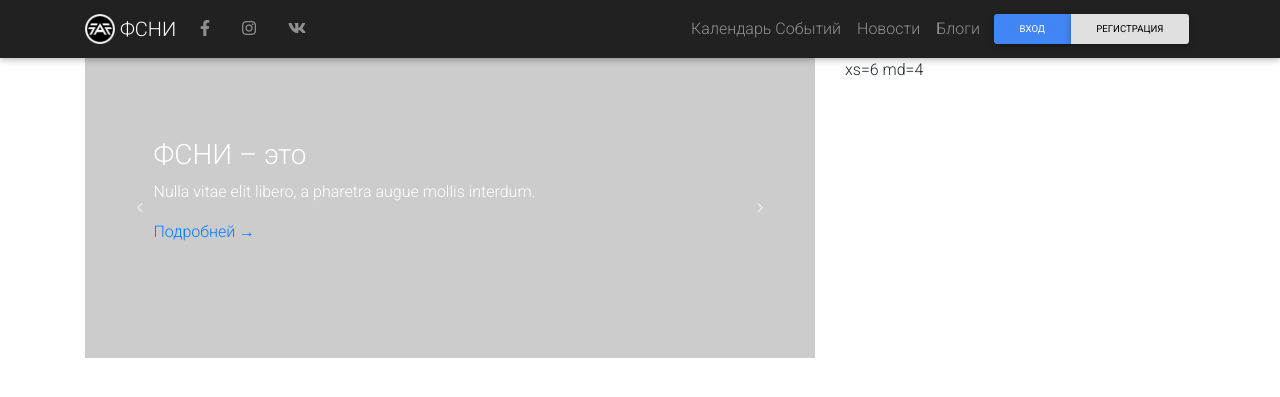
Repository: alexey1986/fsni_test
Page: /
The author's editor kept a copy of each file at every save. The page is drawn from the files as they stood at one save, then again after the next save.
The browser window is 1280 px wide. The pictures show the whole page.
The project was rebuilt for these pictures with package versions that can differ from the ones it lists, and the page was loaded fresh each time. Also part of the build but not shown: src/pages/calendar.jsx, src/pages/news.jsx, src/pages/blogs.jsx.

Above is the page before, as saved 2020-08-29 09:53:37.

### src/index.js
import React from 'react';
import ReactDOM from 'react-dom';
import 'bootstrap/dist/css/bootstrap.min.css';
import '@fortawesome/fontawesome-free/css/all.min.css';
//import 'bootstrap-css-only/css/bootstrap.min.css';
import 'mdbreact/dist/css/mdb.css';


import App from './App';
import * as serviceWorker from './serviceWorker';

ReactDOM.render(
  <React.StrictMode>
    <App />
  </React.StrictMode>,
  document.getElementById('root')
);

// If you want your app to work offline and load faster, you can change
// unregister() to register() below. Note this comes with some pitfalls.
// Learn more about service workers: https://bit.ly/CRA-PWA
serviceWorker.unregister();

### src/App.js
import React from 'react';
import { BrowserRouter as Router, Route } from "react-router-dom";
import NavBarComponent from './components/nav/NavBar';
import Home from './pages/home';
import Calendar from './pages/calendar';
import News from './pages/news';
import Blogs from './pages/blogs';

const App = () => {
  return (
    <Router>
      <NavBarComponent></NavBarComponent>
      <Route path="/" exact component={Home} />
      <Route path="/calendar" exact component={Calendar} />
      <Route path="/news" exact component={News} />
      <Route path="/blogs" exact component={Blogs} />
    </Router>
  )
}


export default App;

### src/components/nav/NavBar.jsx
import React from 'react';
import { Link, NavLink } from "react-router-dom";
import { Container, Navbar, Nav, ButtonGroup, Button } from 'react-bootstrap';
import SocialButtons from './SocialButtons';
import logo from './logo.png';

const NavBarComponent = () => {
    return (
        <Navbar bg="dark" expand="lg" variant="dark" sticky="top" >
            <Container>
                <Navbar.Brand as={Link} to='/'>
                    <img
                        alt=""
                        src={logo}
                        width="30"
                        height="30"
                        className="d-inline-block align-top"
                    />{' '}
                    ФСНИ
                </Navbar.Brand>
                <Navbar.Toggle aria-controls="basic-navbar-nav" />
                <Navbar.Collapse id="basic-navbar-nav">
                    <SocialButtons />
                    <Nav>
                        <Nav.Link as={NavLink} to='/calendar'>Календарь Событий</Nav.Link>
                        <Nav.Link as={NavLink} to='/news'>Новости</Nav.Link>
                        <Nav.Link as={NavLink} to='/blogs'>Блоги</Nav.Link>
                    </Nav>
                    <ButtonGroup size="sm" aria-label="login/registration">
                        <Button variant="primary">Вход</Button>
                        <Button variant="light">Регистрация</Button>
                    </ButtonGroup>
                </Navbar.Collapse>
            </Container>
        </Navbar>
    )
}

export default NavBarComponent;

### src/pages/home.jsx
import React from 'react';
import { Container, Row, Col } from 'react-bootstrap';
import CarouselComponent from '../components/carousel/Carousel';

const Home = () => {
    return (
        <Container>
            <Row>
                <Col xs={12} md={8}>
                    <CarouselComponent />
                </Col>
                <Col xs={6} md={4}>
                xs=6 md=4
                </Col>
            </Row>
        </Container>
    )
}

export default Home;

### src/components/nav/SocialButtons.jsx
import React from 'react';
import { Nav } from 'react-bootstrap';
import { MDBIcon } from 'mdbreact';

const SocialButtons = () => {
  return (
    <Nav className="mr-auto" >
      <Nav.Link href="#!" className="fb-ic mr-3">
        <MDBIcon fab icon="facebook-f" />
      </Nav.Link>
      <Nav.Link href="#!" className="ins-ic mr-3">
        <MDBIcon fab icon="instagram" />
      </Nav.Link>
      <Nav.Link href="#!" className="vk-ic mr-3">
        <MDBIcon fab icon="vk" />
      </Nav.Link>
    </Nav>
  );
}

export default SocialButtons;

### src/components/carousel/Carousel.jsx
import React from 'react';
import { Carousel } from 'react-bootstrap';
import { Link } from "react-router-dom";
import './styles.css';

const CarouselComponent = () => {
    return (
        <Carousel indicators={false}>
            <Carousel.Item>
                <Carousel.Caption>
                    <h3>ФСНИ – это </h3>
                    <p>Nulla vitae elit libero, a pharetra augue mollis interdum.</p>
                    <p>
                        <Link to='/'>Подробней &#8594;</Link>
                    </p>
                </Carousel.Caption>
            </Carousel.Item>
            <Carousel.Item>
                <Carousel.Caption>
                    <h3>ФСНИ – это </h3>
                    <p>Lorem ipsum dolor sit amet, consectetur adipiscing elit. Vivamus magna justo, lacinia eget consectetur sed, convallis at tellus.</p>
                    <p>
                        <Link to='/'>Подробней &#8594;</Link>
                    </p>
                </Carousel.Caption>
            </Carousel.Item>
        </Carousel>
    )
}

export default CarouselComponent;

### src/components/carousel/styles.css
.carousel-item {
    background: #ccc;
    height: 300px;
}

.carousel-caption {
    top: 20%;
    bottom: auto;
    text-align: left;
}

Loaded but not shown: public/index.html (common file); src/serviceWorker.js (common file)

After the next save:
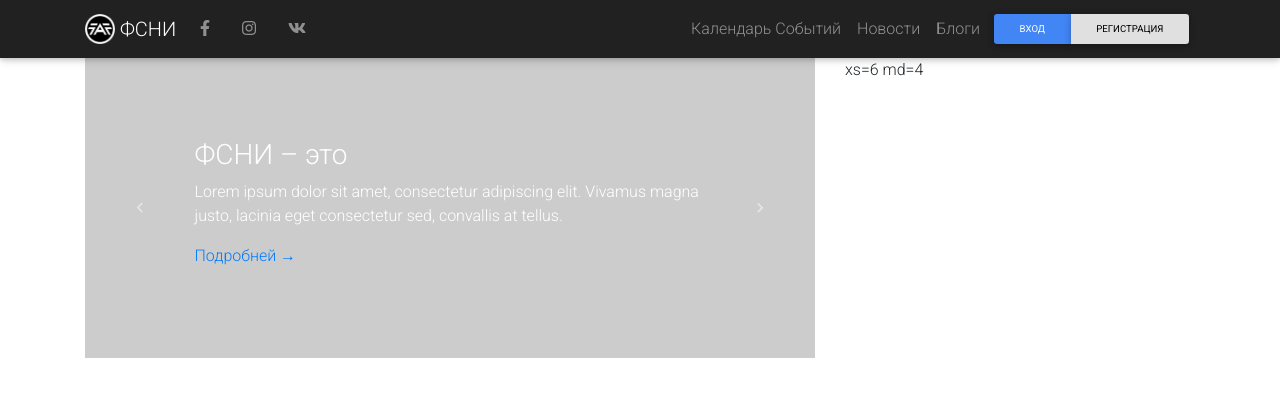
Saved 33 s later.
--- a/src/components/carousel/Carousel.jsx
+++ b/src/components/carousel/Carousel.jsx
@@ -5,7 +5,7 @@
 
 const CarouselComponent = () => {
     return (
-        <Carousel indicators={false}>
+        <Carousel indicators={false} interval={1000}>
             <Carousel.Item>
                 <Carousel.Caption>
                     <h3>ФСНИ – это </h3>
